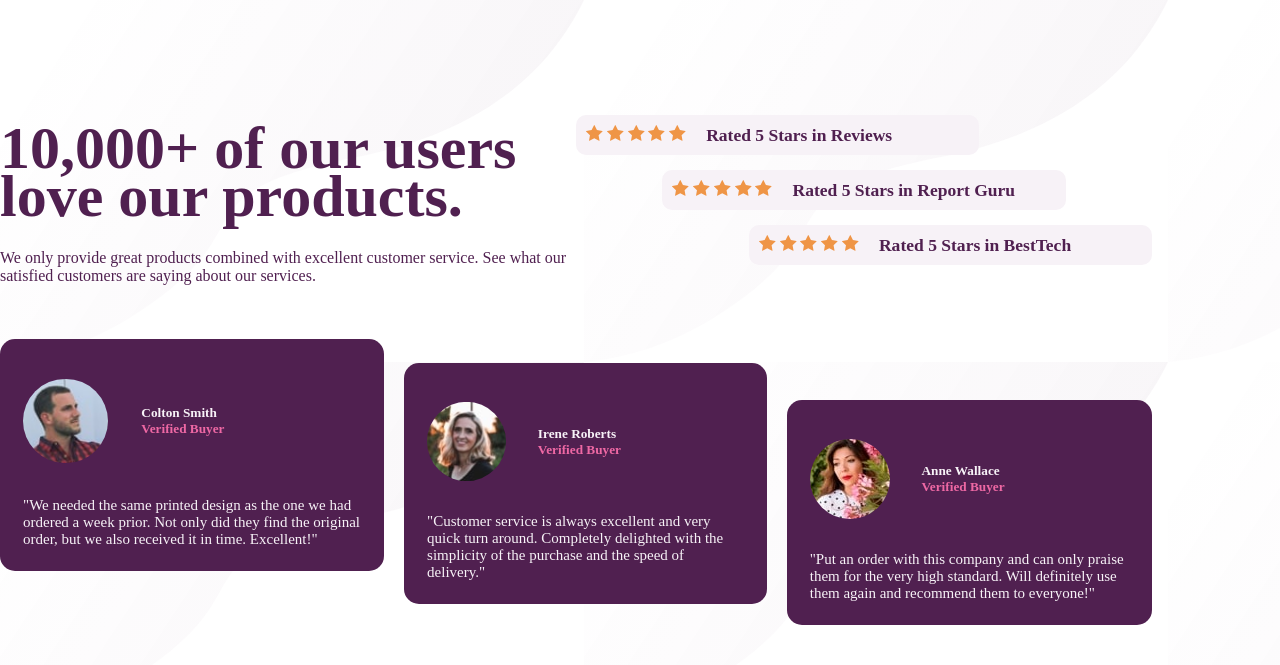
Repository: superZXMzzl/FrontendMentor
Page: social-proof-section-master/index.html
The author's editor kept a copy of each file at every save. The page is drawn from the files as they stood at one save, then again after the next save.
The browser window is 1280 px wide. The pictures show the whole page.

Above is the page before, as saved 2022-05-10 12:15:44.

### social-proof-section-master/index.html
<!DOCTYPE html>
<html lang="en">
  <head>
    <meta charset="UTF-8" />
    <meta name="viewport" content="width=device-width, initial-scale=1.0" />
    <!-- displays site properly based on user's device -->

    <link
      rel="icon"
      type="image/png"
      sizes="32x32"
      href="./images/favicon-32x32.png"
    />
    <link rel="stylesheet" href="style.css">
    <title>Frontend Mentor | Social proof section</title>


  </head>
  <body>

    <div class="container">
      <div class="top">
        <div class="left">
          <p class="leftTitle">10,000+ of our users love our products.</p>
          <p class="leftDes">We only provide great products combined with excellent customer service.
            See what our satisfied customers are saying about our services.</p>
        </div>
        <div class="right">
          <div class="right1">
            <div class="starBox">
              <img src="./images/icon-star.svg" class="star">
              <img src="./images/icon-star.svg" class="star">
              <img src="./images/icon-star.svg" class="star">
              <img src="./images/icon-star.svg" class="star">
              <img src="./images/icon-star.svg" class="star">
            </div>
            <h3 class="starDes">Rated 5 Stars in Reviews</h3>
          </div>
          <div class="right2">
            <div class="starBox">
              <img src="./images/icon-star.svg" class="star">
              <img src="./images/icon-star.svg" class="star">
              <img src="./images/icon-star.svg" class="star">
              <img src="./images/icon-star.svg" class="star">
              <img src="./images/icon-star.svg" class="star">
            </div>
            <h3 class="starDes">Rated 5 Stars in Report Guru</h3>
          </div>
          <div class="right3">
            <div class="starBox">
              <img src="./images/icon-star.svg" class="star">
              <img src="./images/icon-star.svg" class="star">
              <img src="./images/icon-star.svg" class="star">
              <img src="./images/icon-star.svg" class="star">
              <img src="./images/icon-star.svg" class="star">
            </div>
            <h3 class="starDes">Rated 5 Stars in BestTech</h3>
          </div>
        </div>
      </div>
      <div class="bottom">
        <div class="card1">
          <div class="cardHead">
            <img src="./images/image-colton.jpg" class="avatar">
            <div class="cardHeadText">
              <h5>Colton Smith</h5>
              <h5 class="ii">Verified Buyer</h5>
            </div>
          </div>
          <p class="cardText">"We needed the same printed design as the one we had ordered a week prior.
            Not only did they find the original order, but we also received it in time.
            Excellent!"</p>
        </div>
        <div class="card2">
          <div class="cardHead">
            <img src="./images/image-irene.jpg" class="avatar">
            <div class="cardHeadText">
              <h5>Irene Roberts</h5>
              <h5 class="ii">Verified Buyer</h5>
            </div>
          </div>
          <p class="cardText">"Customer service is always excellent and very quick turn around. Completely
            delighted with the simplicity of the purchase and the speed of delivery."
          </p>
        </div>
        <div class="card3">
          <div class="cardHead">
            <img src="./images/image-anne.jpg" class="avatar">
            <div class="cardHeadText">
              <h5>Anne Wallace</h5>
              <h5 class="ii">Verified Buyer</h5>
            </div>
          </div>
          <p class="cardText">"Put an order with this company and can only praise them for the very high
            standard. Will definitely use them again and recommend them to everyone!"</p>
        </div>
      </div>
    </div>
  </body>
</html>

### social-proof-section-master/style.css
* {
    margin: 0;
    padding: 0;
    box-sizing: border-box;
}

body {
    min-height: 100vh;
    display: flex;
    align-items: center;
    background-image: url(./images/bg-pattern-top-desktop.svg);
    position: relative;
}

.container {
    position: absolute;
    width: 90%;
    margin: 0 auto;
    align-items: center;
}

.top {
    display: grid;
    align-items: center;
    grid-template-columns: 1fr 1fr;
}

.right1, .right2, .right3 {
    display: flex;
    align-items: center;
    background-color: hsl(300, 24%, 96%);
    margin: 15px 0;
    border-radius: 10px;
    width: 70%;
    font-size: 15px;
    color: hsl(300, 43%, 22%);
}

.right2 {
    margin-left: 15%;
}

.right3 {
    margin-left: 30%;
}

.starBox {
    margin: 10px;
    margin-right: 5%;
}

.bottom {
    width: 100%;
    display: flex;
    align-items: center;
    justify-content: space-between;
}

.card1, .card2, .card3 {
    margin-right: 20px;
    background-color: hsl(300, 43%, 22%);
    padding: 2%;
    border-radius: 15px;
    color: hsl(300, 24%, 96%)
}

.leftTitle {
    margin: 5% 0;
    color: hsl(300, 43%, 22%);
    font-weight: bolder;
    font-size: 60px;
    line-height: 0.8;
}

.leftDes {
    color: hsl(300, 43%, 22%);
}

.card2 {
    margin-top: 5%;
}

.card3 {
    margin-top: 10%;
    margin-right: 0;
}

.cardHead {
    display: flex;
    align-items: center;
    margin-bottom: 5%;
}

.avatar {
    border-radius: 100%;
    overflow: hidden;
    width: 25%;
    margin-right: 10%;
    padding: 5% 0;
}

.ii {
    color: hsl(333, 80%, 67%);
}

.cardText {
    font-size: 15px;
}

@media screen and (max-width:450px){
    .top {
        display: block;
    }

    .left {
        display: block;

    }

    .right {
        display: block;
    }

    .right1, .right2, .right3 {
        margin-left: 0;
        width: 100%;
        display: block;
        align-items: center;
        text-align: center;
        padding: 1% 0;
    }

    .bottom {
        margin-top: 10%;
        display: block;
    }

    .card1, .card2, .card3 {
        margin-right: 0;
        padding: 10%;
        margin-top: 5%;
    }
}

After the next save:
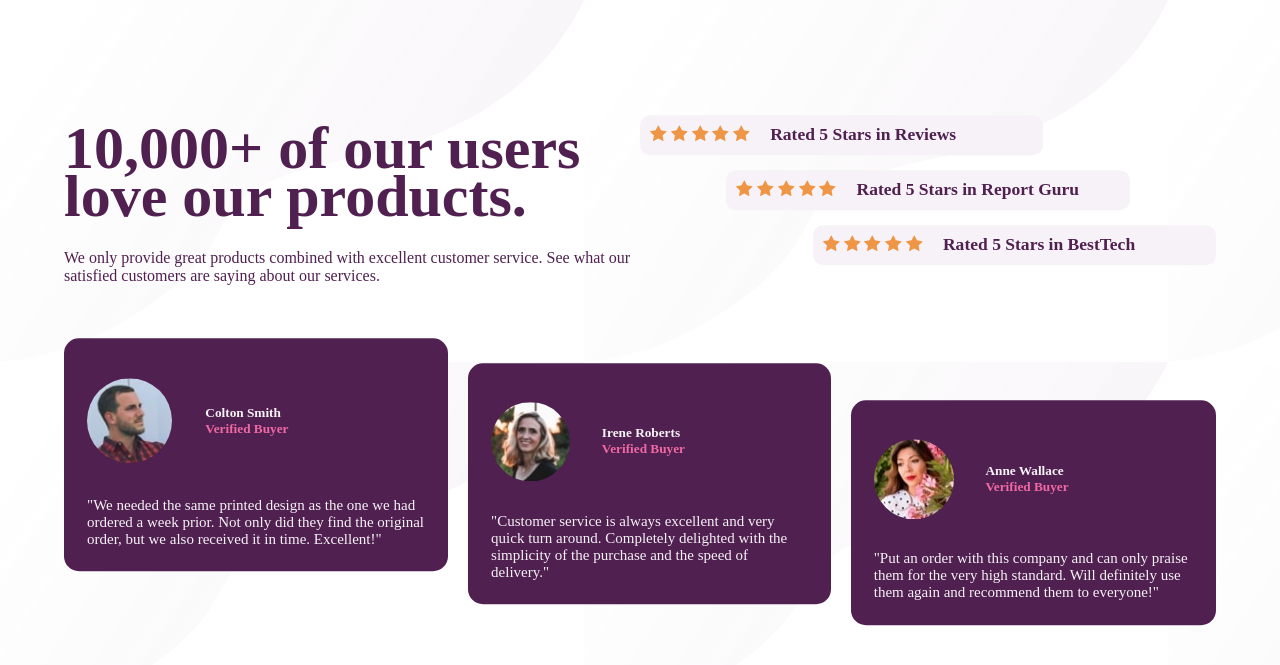
Saved 43 s later.
--- a/social-proof-section-master/style.css
+++ b/social-proof-section-master/style.css
@@ -15,7 +15,9 @@ body {
 .container {
     position: absolute;
     width: 90%;
-    margin: 0 auto;
+    left: 50%;
+    top: 50%;
+    transform: translate(-50%, -50%);
     align-items: center;
 }
 
